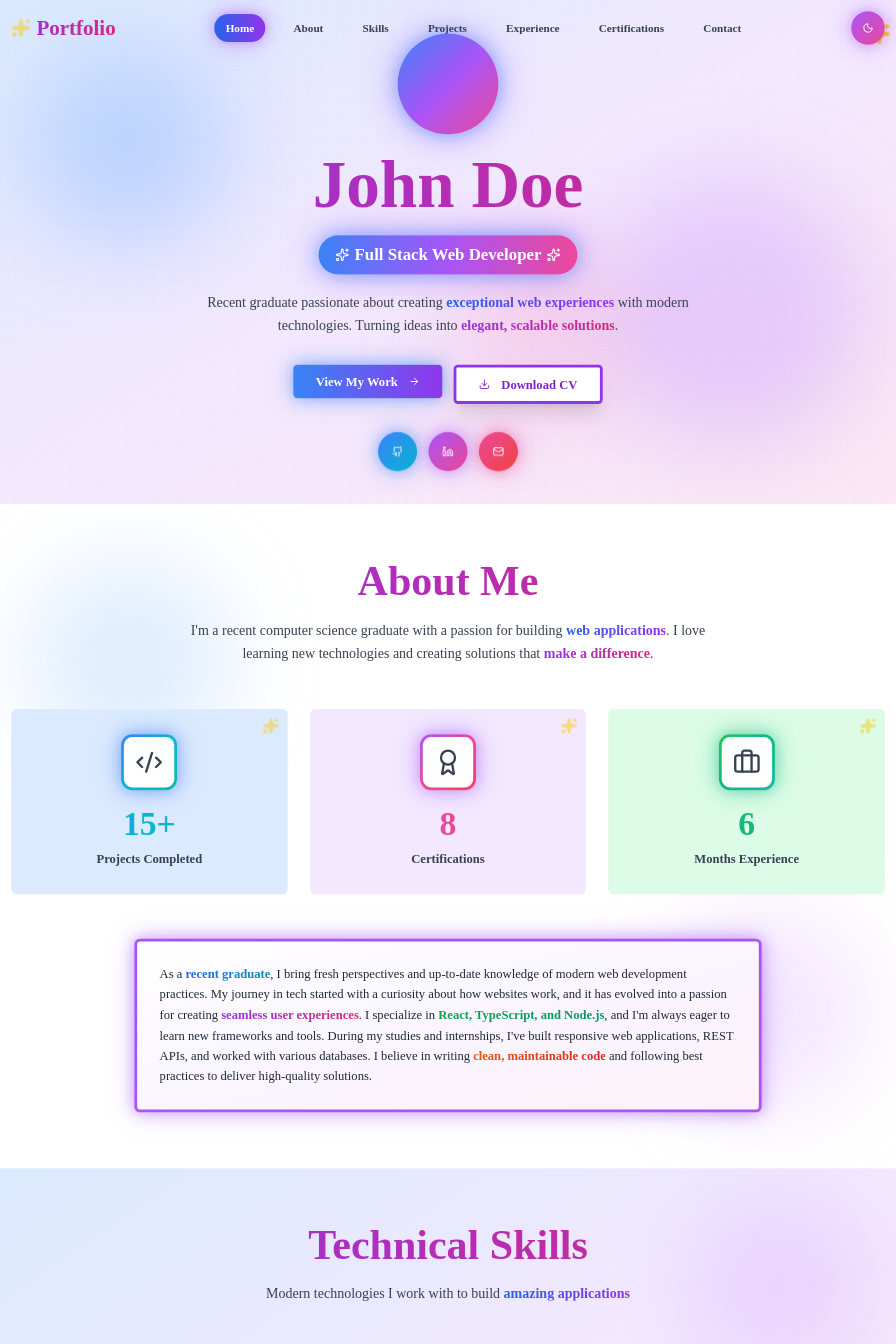
Repository: sm6746/PORTFOLIO
Page: /
These files come from the project's save history. The page is drawn as it stood at one moment and after the next save; the edit follows.
The browser window is 1280 px wide. The pictures show the part of the page from y = 0 to 1920 px (the page is 8297 px tall), at 70% of full size.
The project was rebuilt for these pictures with package versions that can differ from the ones it lists, and the page was loaded fresh each time. Also part of the build but not shown: vite.config.ts.

Above is the page before, as saved 2025-11-06 21:25:58.

### index.html
<!DOCTYPE html>
<html lang="en">
  <head>
    <meta charset="UTF-8" />
    <link rel="icon" type="image/svg+xml" href="/favicon.svg" />
    <meta name="viewport" content="width=device-width, initial-scale=1.0" />
    <title>Portfolio</title>
  </head>
  <body>
    <div id="root"></div>
    <script type="module" src="/app/main.tsx"></script>
  </body>
</html>

### app/main.tsx
import React from 'react'
import ReactDOM from 'react-dom/client'
import App from './app'
import './globals.css'

ReactDOM.createRoot(document.getElementById('root')!).render(
  <React.StrictMode>
    <App />
  </React.StrictMode>,
)

### app/app.tsx
import { ThemeProvider } from '@/lib/theme-context';
import { Header } from '@/components/header';
import { HeroSection } from '@/components/hero-section';
import { AboutSection } from '@/components/about-section';
import { SkillsSection } from '@/components/skills-section';
import { ProjectsSection } from '@/components/projects-section';
import { ExperienceSection } from '@/components/experience-section';
import { CertificationsSection } from '@/components/certifications-section';
import { ContactSection } from '@/components/contact-section';
import { Footer } from '@/components/footer';
import { ScrollToTop } from '@/components/scroll-to-top';

function App() {
  return (
    <ThemeProvider>
      <div className="min-h-screen bg-white dark:bg-gray-900 transition-colors duration-300">
        <Header />
        <main>
          <HeroSection />
          <AboutSection />
          <SkillsSection />
          <ProjectsSection />
          <ExperienceSection />
          <CertificationsSection />
          <ContactSection />
        </main>
        <Footer />
        <ScrollToTop />
      </div>
    </ThemeProvider>
  );
}

export default App;

### app/globals.css
@tailwind base;
@tailwind components;
@tailwind utilities;

@layer base {
  :root {
    --background: 0 0% 100%;
    --foreground: 222.2 84% 4.9%;
    --card: 0 0% 100%;
    --card-foreground: 222.2 84% 4.9%;
    --popover: 0 0% 100%;
    --popover-foreground: 222.2 84% 4.9%;
    --primary: 221.2 83.2% 53.3%;
    --primary-foreground: 210 40% 98%;
    --secondary: 210 40% 96.1%;
    --secondary-foreground: 222.2 47.4% 11.2%;
    --muted: 210 40% 96.1%;
    --muted-foreground: 215.4 16.3% 46.9%;
    --accent: 210 40% 96.1%;
    --accent-foreground: 222.2 47.4% 11.2%;
    --destructive: 0 84.2% 60.2%;
    --destructive-foreground: 210 40% 98%;
    --border: 214.3 31.8% 91.4%;
    --input: 214.3 31.8% 91.4%;
    --ring: 221.2 83.2% 53.3%;
    --radius: 0.5rem;
  }

  .dark {
    --background: 222.2 84% 4.9%;
    --foreground: 210 40% 98%;
    --card: 222.2 84% 4.9%;
    --card-foreground: 210 40% 98%;
    --popover: 222.2 84% 4.9%;
    --popover-foreground: 210 40% 98%;
    --primary: 217.2 91.2% 59.8%;
    --primary-foreground: 222.2 47.4% 11.2%;
    --secondary: 217.2 32.6% 17.5%;
    --secondary-foreground: 210 40% 98%;
    --muted: 217.2 32.6% 17.5%;
    --muted-foreground: 215 20.2% 65.1%;
    --accent: 217.2 32.6% 17.5%;
    --accent-foreground: 210 40% 98%;
    --destructive: 0 62.8% 30.6%;
    --destructive-foreground: 210 40% 98%;
    --border: 217.2 32.6% 17.5%;
    --input: 217.2 32.6% 17.5%;
    --ring: 224.3 76.3% 48%;
  }
}

@layer base {
  * {
    @apply border-border;
  }
  body {
    @apply bg-background text-foreground;
  }
}

@layer utilities {
  .bg-grid-pattern {
    background-image: linear-gradient(to right, rgba(0, 0, 0, 0.1) 1px, transparent 1px),
      linear-gradient(to bottom, rgba(0, 0, 0, 0.1) 1px, transparent 1px);
    background-size: 20px 20px;
  }

  .glow-blue {
    box-shadow: 0 0 20px rgba(59, 130, 246, 0.5), 0 0 40px rgba(59, 130, 246, 0.3);
  }

  .glow-purple {
    box-shadow: 0 0 20px rgba(168, 85, 247, 0.5), 0 0 40px rgba(168, 85, 247, 0.3);
  }

  .glow-pink {
    box-shadow: 0 0 20px rgba(236, 72, 153, 0.5), 0 0 40px rgba(236, 72, 153, 0.3);
  }

  .glow-green {
    box-shadow: 0 0 20px rgba(16, 185, 129, 0.5), 0 0 40px rgba(16, 185, 129, 0.3);
  }

  .glow-orange {
    box-shadow: 0 0 20px rgba(249, 115, 22, 0.5), 0 0 40px rgba(249, 115, 22, 0.3);
  }

  @keyframes float {
    0%, 100% { transform: translateY(0px); }
    50% { transform: translateY(-20px); }
  }

  .animate-float {
    animation: float 3s ease-in-out infinite;
  }

  @keyframes gradient-shift {
    0%, 100% { background-position: 0% 50%; }
    50% { background-position: 100% 50%; }
  }

  .animate-gradient {
    background-size: 200% 200%;
    animation: gradient-shift 3s ease infinite;
  }

  @keyframes pulse-glow {
    0%, 100% { box-shadow: 0 0 20px rgba(59, 130, 246, 0.4), 0 0 40px rgba(168, 85, 247, 0.2); }
    50% { box-shadow: 0 0 30px rgba(59, 130, 246, 0.6), 0 0 60px rgba(168, 85, 247, 0.4); }
  }

  .animate-pulse-glow {
    animation: pulse-glow 2s ease-in-out infinite;
  }
}

### lib/theme-context.tsx
import React, { createContext, useContext, useEffect, useState } from 'react';

type Theme = 'light' | 'dark';

type ThemeContextType = {
  theme: Theme;
  toggleTheme: () => void;
};

const ThemeContext = createContext<ThemeContextType | undefined>(undefined);

export function ThemeProvider({ children }: { children: React.ReactNode }) {
  const [theme, setTheme] = useState<Theme>(() => {
    const stored = localStorage.getItem('portfolio-theme');
    return (stored as Theme) || 'light';
  });

  useEffect(() => {
    localStorage.setItem('portfolio-theme', theme);
    document.documentElement.classList.toggle('dark', theme === 'dark');
  }, [theme]);

  const toggleTheme = () => {
    setTheme(prev => (prev === 'light' ? 'dark' : 'light'));
  };

  return (
    <ThemeContext.Provider value={{ theme, toggleTheme }}>
      {children}
    </ThemeContext.Provider>
  );
}

export function useTheme() {
  const context = useContext(ThemeContext);
  if (!context) {
    throw new Error('useTheme must be used within ThemeProvider');
  }
  return context;
}

### components/hero-section.tsx
import { ArrowRight, Download, Github, Linkedin, Mail, Sparkles } from 'lucide-react';
import { Button } from '@/components/ui/button';
import { useScrollAnimation } from '@/hooks/use-scroll-animation';

export function HeroSection() {
  const { ref, isVisible } = useScrollAnimation();

  const scrollToSection = (id: string) => {
    document.getElementById(id)?.scrollIntoView({ behavior: 'smooth' });
  };

  return (
    <section
      id="hero"
      ref={ref as React.RefObject<HTMLElement>}
      className="min-h-screen flex items-center justify-center relative overflow-hidden bg-gradient-to-br from-blue-100 via-purple-100 to-pink-100 dark:from-gray-900 dark:via-purple-900/20 dark:to-blue-900/20"
    >
      <div className="absolute inset-0 bg-grid-pattern opacity-10"></div>

      <div className="absolute top-20 left-10 w-72 h-72 bg-blue-400/30 rounded-full blur-3xl animate-float"></div>
      <div className="absolute bottom-20 right-10 w-96 h-96 bg-purple-400/30 rounded-full blur-3xl animate-float" style={{ animationDelay: '1s' }}></div>
      <div className="absolute top-1/2 left-1/2 w-64 h-64 bg-pink-400/20 rounded-full blur-3xl animate-float" style={{ animationDelay: '2s' }}></div>

      <div
        className={`container mx-auto px-4 text-center z-10 transition-all duration-1000 ${
          isVisible ? 'opacity-100 translate-y-0' : 'opacity-0 translate-y-10'
        }`}
      >
        <div className="mb-6 relative">
          {<div className="w-36 h-36 mx-auto rounded-full bg-gradient-to-br from-blue-500 via-purple-500 to-pink-500 p-1 shadow-2xl animate-pulse-glow">
            <div className="w-full h-full rounded-full bg-white dark:bg-gray-800 flex items-center justify-center text-5xl font-bold text-transparent bg-clip-text bg-gradient-to-br from-blue-600 via-purple-600 to-pink-600 animate-gradient">

            </div>
          </div>}
          <div className="absolute -top-2 -right-2 animate-bounce">
            <Sparkles className="h-8 w-8 text-yellow-400 fill-yellow-400" />
          </div>
        </div>

        <h1 className="text-6xl md:text-8xl font-extrabold mb-6 bg-gradient-to-r from-blue-600 via-purple-600 to-pink-600 dark:from-blue-400 dark:via-purple-400 dark:to-pink-400 bg-clip-text text-transparent animate-gradient">
          John Doe
        </h1>

        <div className="inline-flex items-center gap-2 px-6 py-3 mb-6 rounded-full bg-gradient-to-r from-blue-500 via-purple-500 to-pink-500 text-white font-semibold shadow-lg animate-pulse-glow">
          <Sparkles className="h-5 w-5" />
          <span className="text-xl md:text-2xl">Full Stack Web Developer</span>
          <Sparkles className="h-5 w-5" />
        </div>

        <p className="text-xl text-gray-700 dark:text-gray-300 max-w-3xl mx-auto mb-10 leading-relaxed">
          Recent graduate passionate about creating <span className="font-bold text-transparent bg-clip-text bg-gradient-to-r from-blue-600 to-purple-600">exceptional web experiences</span> with modern technologies.
          Turning ideas into <span className="font-bold text-transparent bg-clip-text bg-gradient-to-r from-purple-600 to-pink-600">elegant, scalable solutions</span>.
        </p>

        <div className="flex flex-wrap gap-4 justify-center mb-10">
          <Button
            size="lg"
            onClick={() => scrollToSection('projects')}
            className="bg-gradient-to-r from-blue-600 via-blue-500 to-purple-600 hover:from-blue-700 hover:via-purple-600 hover:to-purple-700 text-white shadow-xl hover:shadow-2xl transform hover:scale-110 transition-all duration-300 px-8 py-6 text-lg font-bold animate-gradient glow-blue"
          >
            View My Work <ArrowRight className="ml-2 h-6 w-6" />
          </Button>
          <Button
            size="lg"
            variant="outline"
            onClick={() => scrollToSection('contact')}
            className="border-4 border-purple-600 text-purple-700 dark:text-purple-300 hover:bg-purple-100 dark:hover:bg-purple-900/30 shadow-xl hover:shadow-2xl transform hover:scale-110 transition-all duration-300 px-8 py-6 text-lg font-bold hover:border-pink-600"
          >
            <Download className="mr-2 h-6 w-6" />
            Download CV
          </Button>
        </div>

        <div className="flex gap-4 justify-center">
          <Button
            variant="ghost"
            size="icon"
            className="w-14 h-14 rounded-full bg-gradient-to-br from-blue-500 to-cyan-500 hover:from-blue-600 hover:to-cyan-600 text-white transform hover:scale-125 hover:rotate-12 transition-all duration-300 shadow-lg hover:shadow-xl glow-blue"
          >
            <Github className="h-7 w-7" />
          </Button>
          <Button
            variant="ghost"
            size="icon"
            className="w-14 h-14 rounded-full bg-gradient-to-br from-purple-500 to-pink-500 hover:from-purple-600 hover:to-pink-600 text-white transform hover:scale-125 hover:rotate-12 transition-all duration-300 shadow-lg hover:shadow-xl glow-purple"
          >
            <Linkedin className="h-7 w-7" />
          </Button>
          <Button
            variant="ghost"
            size="icon"
            className="w-14 h-14 rounded-full bg-gradient-to-br from-pink-500 to-red-500 hover:from-pink-600 hover:to-red-600 text-white transform hover:scale-125 hover:rotate-12 transition-all duration-300 shadow-lg hover:shadow-xl glow-pink"
          >
            <Mail className="h-7 w-7" />
          </Button>
        </div>
      </div>
    </section>
  );
}

### components/footer.tsx
import { Github, Linkedin, Mail, Twitter } from 'lucide-react';
import { Button } from '@/components/ui/button';

export function Footer() {
  return (
    <footer className="py-12 bg-gray-900 text-white">
      <div className="container mx-auto px-4">
        <div className="flex flex-col items-center gap-6">
          <div className="text-3xl font-bold bg-gradient-to-r from-blue-400 to-purple-400 bg-clip-text text-transparent">
            SHIVANI MEHRA
          </div>
          <p className="text-gray-400 text-center max-w-md">
            Building the future, one line of code at a time. Let's create something amazing together.
          </p>
          <div className="flex gap-4">
            <Button
              variant="ghost"
              size="icon"
              className="rounded-full hover:bg-blue-600/20 text-gray-300 hover:text-white transition-all"
            >
              <Github className="h-5 w-5" />
            </Button>
            <Button
              variant="ghost"
              size="icon"
              className="rounded-full hover:bg-blue-600/20 text-gray-300 hover:text-white transition-all"
            >
              <Linkedin className="h-5 w-5" />
            </Button>
            <Button
              variant="ghost"
              size="icon"
              className="rounded-full hover:bg-blue-600/20 text-gray-300 hover:text-white transition-all"
            >
              <Twitter className="h-5 w-5" />
            </Button>
            <Button
              variant="ghost"
              size="icon"
              className="rounded-full hover:bg-blue-600/20 text-gray-300 hover:text-white transition-all"
            >
              <Mail className="h-5 w-5" />
            </Button>
          </div>
          <div className="border-t border-gray-800 pt-6 w-full text-center">
            <p className="text-gray-500 text-sm">

            </p>
          </div>
        </div>
      </div>
    </footer>
  );
}

### components/scroll-to-top.tsx
import { Button } from '@/components/ui/button';
import { ArrowUp } from 'lucide-react';
import { useEffect, useState } from 'react';

export function ScrollToTop() {
  const [isVisible, setIsVisible] = useState(false);

  useEffect(() => {
    const toggleVisibility = () => {
      setIsVisible(window.scrollY > 500);
    };

    window.addEventListener('scroll', toggleVisibility);
    return () => window.removeEventListener('scroll', toggleVisibility);
  }, []);

  const scrollToTop = () => {
    window.scrollTo({ top: 0, behavior: 'smooth' });
  };

  if (!isVisible) return null;

  return (
    <Button
      onClick={scrollToTop}
      size="icon"
      className="fixed bottom-8 right-8 z-50 rounded-full shadow-lg bg-gradient-to-r from-blue-600 to-purple-600 hover:from-blue-700 hover:to-purple-700 animate-bounce"
    >
      <ArrowUp className="h-5 w-5" />
    </Button>
  );
}

### components/ui/button.tsx
import * as React from "react"
import { Slot } from "@radix-ui/react-slot"
import { cva, type VariantProps } from "class-variance-authority"

import { cn } from "@/lib/utlis"

const buttonVariants = cva(
  "inline-flex items-center justify-center gap-2 whitespace-nowrap rounded-md text-sm font-medium transition-colors focus-visible:outline-none focus-visible:ring-1 focus-visible:ring-ring disabled:pointer-events-none disabled:opacity-50 [&_svg]:pointer-events-none [&_svg]:size-4 [&_svg]:shrink-0",
  {
    variants: {
      variant: {
        default:
          "bg-primary text-primary-foreground shadow hover:bg-primary/90",
        destructive:
          "bg-destructive text-destructive-foreground shadow-sm hover:bg-destructive/90",
        outline:
          "border border-input bg-background shadow-sm hover:bg-accent hover:text-accent-foreground",
        secondary:
          "bg-secondary text-secondary-foreground shadow-sm hover:bg-secondary/80",
        ghost: "hover:bg-accent hover:text-accent-foreground",
        link: "text-primary underline-offset-4 hover:underline",
      },
      size: {
        default: "h-9 px-4 py-2",
        sm: "h-8 rounded-md px-3 text-xs",
        lg: "h-10 rounded-md px-8",
        icon: "h-9 w-9",
      },
    },
    defaultVariants: {
      variant: "default",
      size: "default",
    },
  }
)

export interface ButtonProps
  extends React.ButtonHTMLAttributes<HTMLButtonElement>,
    VariantProps<typeof buttonVariants> {
  asChild?: boolean
}

const Button = React.forwardRef<HTMLButtonElement, ButtonProps>(
  ({ className, variant, size, asChild = false, ...props }, ref) => {
    const Comp = asChild ? Slot : "button"
    return (
      <Comp
        className={cn(buttonVariants({ variant, size, className }))}
        ref={ref}
        {...props}
      />
    )
  }
)
Button.displayName = "Button"

export { Button, buttonVariants }

### hooks/use-scroll-animation.ts
import { useEffect, useRef, useState } from 'react';

export function useScrollAnimation() {
  const ref = useRef<HTMLElement>(null);
  const [isVisible, setIsVisible] = useState(false);

  useEffect(() => {
    const observer = new IntersectionObserver(
      ([entry]) => {
        if (entry.isIntersecting) {
          setIsVisible(true);
        }
      },
      { threshold: 0.1 }
    );

    if (ref.current) {
      observer.observe(ref.current);
    }

    return () => {
      if (ref.current) {
        observer.unobserve(ref.current);
      }
    };
  }, []);

  return { ref, isVisible };
}

### components/ui/card.tsx
import * as React from "react"

import { cn } from "@/lib/utlis"

const Card = React.forwardRef<
  HTMLDivElement,
  React.HTMLAttributes<HTMLDivElement>
>(({ className, ...props }, ref) => (
  <div
    ref={ref}
    className={cn(
      "rounded-lg border bg-card text-card-foreground shadow-sm",
      className,
    )}
    {...props}
  />
))
Card.displayName = "Card"

const CardHeader = React.forwardRef<
  HTMLDivElement,
  React.HTMLAttributes<HTMLDivElement>
>(({ className, ...props }, ref) => (
  <div
    ref={ref}
    className={cn("flex flex-col space-y-1.5 p-6", className)}
    {...props}
  />
))
CardHeader.displayName = "CardHeader"

const CardTitle = React.forwardRef<
  HTMLParagraphElement,
  React.HTMLAttributes<HTMLHeadingElement>
>(({ className, ...props }, ref) => (
  <h3
    ref={ref}
    className={cn(
      "text-2xl font-semibold leading-none tracking-tight",
      className,
    )}
    {...props}
  />
))
CardTitle.displayName = "CardTitle"

const CardDescription = React.forwardRef<
  HTMLParagraphElement,
  React.HTMLAttributes<HTMLParagraphElement>
>(({ className, ...props }, ref) => (
  <p
    ref={ref}
    className={cn("text-sm text-muted-foreground", className)}
    {...props}
  />
))
CardDescription.displayName = "CardDescription"

const CardContent = React.forwardRef<
  HTMLDivElement,
  React.HTMLAttributes<HTMLDivElement>
>(({ className, ...props }, ref) => (
  <div ref={ref} className={cn("p-6 pt-0", className)} {...props} />
))
CardContent.displayName = "CardContent"

const CardFooter = React.forwardRef<
  HTMLDivElement,
  React.HTMLAttributes<HTMLDivElement>
>(({ className, ...props }, ref) => (
  <div
    ref={ref}
    className={cn("flex items-center p-6 pt-0", className)}
    {...props}
  />
))
CardFooter.displayName = "CardFooter"

export { Card, CardHeader, CardFooter, CardTitle, CardDescription, CardContent }

### components/ui/badge.tsx
import * as React from "react"
import { cva, type VariantProps } from "class-variance-authority"

import { cn } from "@/lib/utlis"

const badgeVariants = cva(
  "inline-flex items-center rounded-md border px-2.5 py-0.5 text-xs font-semibold transition-colors focus:outline-none focus:ring-2 focus:ring-ring focus:ring-offset-2",
  {
    variants: {
      variant: {
        default:
          "border-transparent bg-primary text-primary-foreground shadow hover:bg-primary/80",
        secondary:
          "border-transparent bg-secondary text-secondary-foreground hover:bg-secondary/80",
        destructive:
          "border-transparent bg-destructive text-destructive-foreground shadow hover:bg-destructive/80",
        outline: "text-foreground",
      },
    },
    defaultVariants: {
      variant: "default",
    },
  }
)

export interface BadgeProps
  extends React.HTMLAttributes<HTMLDivElement>,
    VariantProps<typeof badgeVariants> {}

function Badge({ className, variant, ...props }: BadgeProps) {
  return (
    <div className={cn(badgeVariants({ variant }), className)} {...props} />
  )
}

export { Badge, badgeVariants }

### components/ui/input.tsx
import * as React from "react"

import { cn } from "@/lib/utlis"

const Input = React.forwardRef<HTMLInputElement, React.ComponentProps<"input">>(
  ({ className, type, ...props }, ref) => {
    return (
      <input
        type={type}
        className={cn(
          "flex h-9 w-full rounded-md border border-input bg-transparent px-3 py-1 text-base shadow-sm transition-colors file:border-0 file:bg-transparent file:text-sm file:font-medium file:text-foreground placeholder:text-muted-foreground focus-visible:outline-none focus-visible:ring-1 focus-visible:ring-ring disabled:cursor-not-allowed disabled:opacity-50 md:text-sm",
          className
        )}
        ref={ref}
        {...props}
      />
    )
  }
)
Input.displayName = "Input"

export { Input }

### components/ui/textarea.tsx
import * as React from "react"

import { cn } from "@/lib/utlis"

const Textarea = React.forwardRef<
  HTMLTextAreaElement,
  React.ComponentProps<"textarea">
>(({ className, ...props }, ref) => {
  return (
    <textarea
      className={cn(
        "flex min-h-[60px] w-full rounded-md border border-input bg-transparent px-3 py-2 text-base shadow-sm placeholder:text-muted-foreground focus-visible:outline-none focus-visible:ring-1 focus-visible:ring-ring disabled:cursor-not-allowed disabled:opacity-50 md:text-sm",
        className
      )}
      ref={ref}
      {...props}
    />
  )
})
Textarea.displayName = "Textarea"

export { Textarea }

Loaded but not shown: lib/utlis.tsx (common file); tailwind.config.js (62 lines, source omitted); components/projects-section.tsx (180 lines, source omitted); components/contact-section.tsx (144 lines, source omitted); components/experience-section.tsx (143 lines, source omitted); components/certifications-section.tsx (150 lines, source omitted); components/about-section.tsx (79 lines, source omitted); components/skills-section.tsx (112 lines, source omitted); components/header.tsx (82 lines, source omitted)

After the next save:
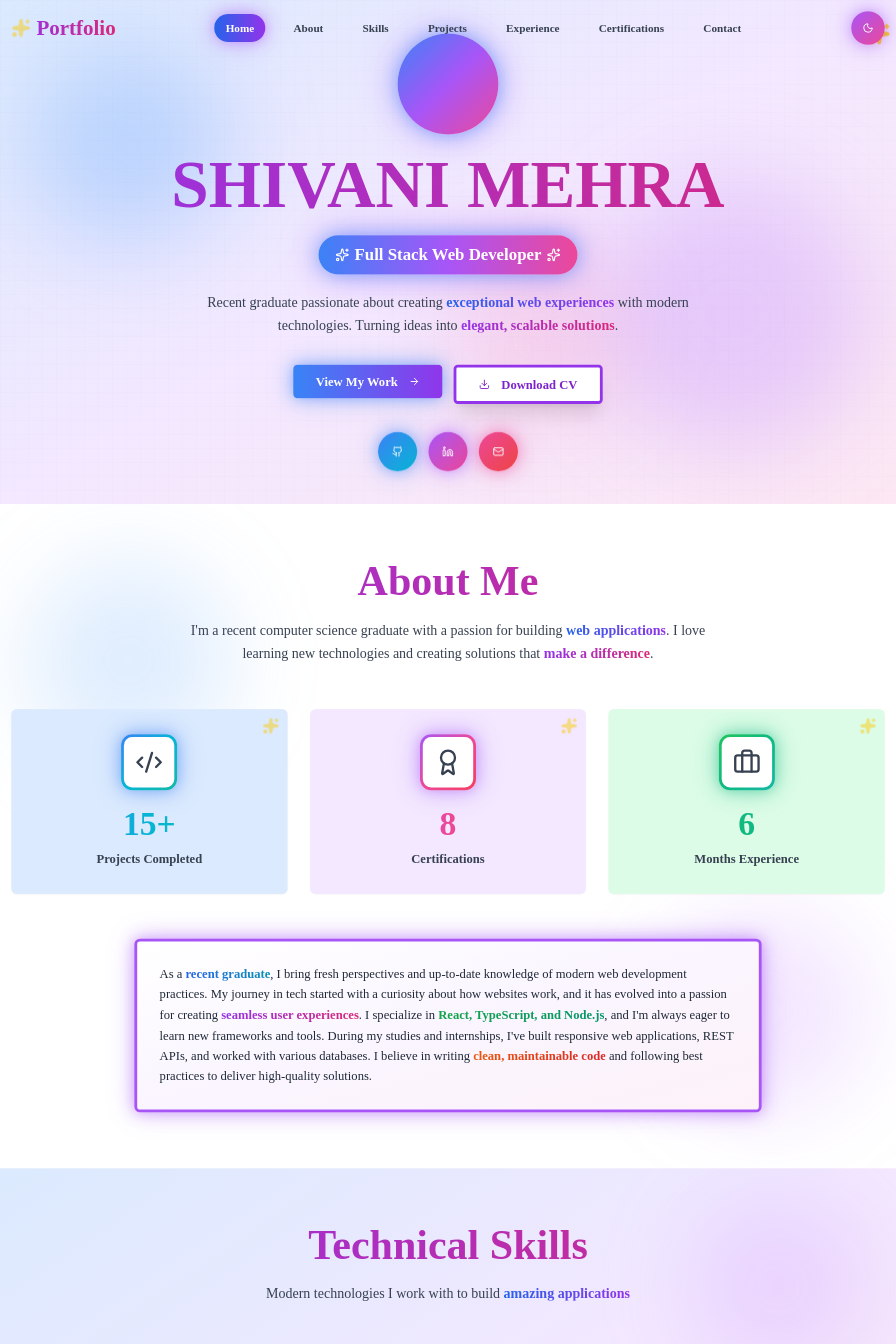
Saved 12 s later.
--- a/components/hero-section.tsx
+++ b/components/hero-section.tsx
@@ -38,7 +38,7 @@ export function HeroSection() {
         </div>
 
         <h1 className="text-6xl md:text-8xl font-extrabold mb-6 bg-gradient-to-r from-blue-600 via-purple-600 to-pink-600 dark:from-blue-400 dark:via-purple-400 dark:to-pink-400 bg-clip-text text-transparent animate-gradient">
-          John Doe
+          SHIVANI MEHRA
         </h1>
 
         <div className="inline-flex items-center gap-2 px-6 py-3 mb-6 rounded-full bg-gradient-to-r from-blue-500 via-purple-500 to-pink-500 text-white font-semibold shadow-lg animate-pulse-glow">
